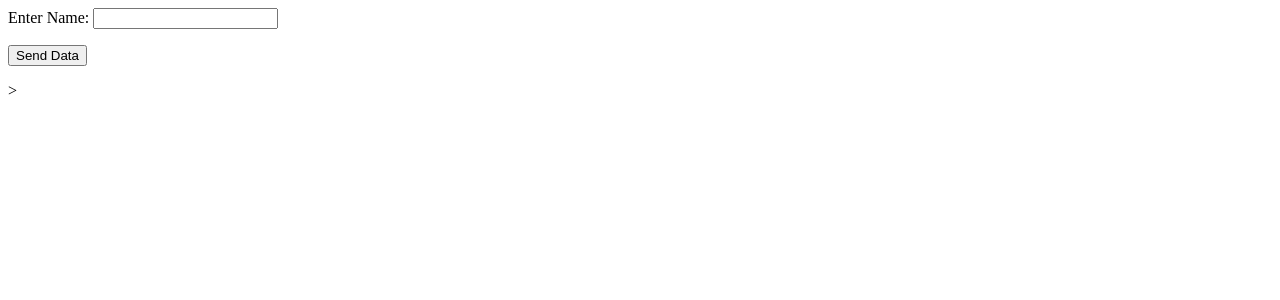
Repository: ace-archer/CIS261
Page: http://localhost/Week2Test.php
An editor plug-in stored every save of this project. The page is shown before and after the next save, followed by the edit.
The browser window is 1280 px wide. The pictures show the whole page.
The page is run by PHP 8.4 with error messages shown; the project is at /var/www/html/.

Above is the page before, as saved 2016-02-03 00:52:30.

### Week2/Week2PHP/Week2Test.php
<html>
	<body>
		<form action="Week2_Part2.php" method = "post">
			<p>Enter Name: <input type="text" name="txtName"></p>
			<input type="submit" value="Send Data"></input>
		</form>>
	</body>
</html>

After the next save:
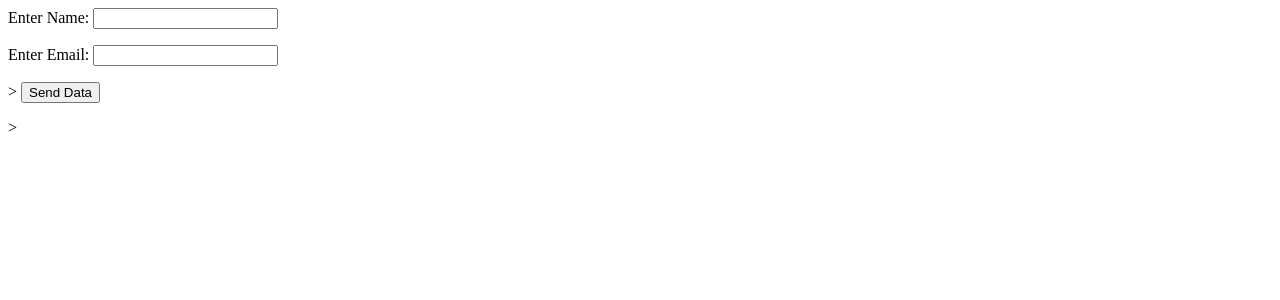
Saved 4 min 23 s later.
--- a/Week2/Week2PHP/Week2Test.php
+++ b/Week2/Week2PHP/Week2Test.php
@@ -2,7 +2,9 @@
 	<body>
 		<form action="Week2_Part2.php" method = "post">
 			<p>Enter Name: <input type="text" name="txtName"></p>
+			<p>Enter Email: <input type="email" name="txtEmail"></p>>
 			<input type="submit" value="Send Data"></input>
+
 		</form>>
 	</body>
 </html>
